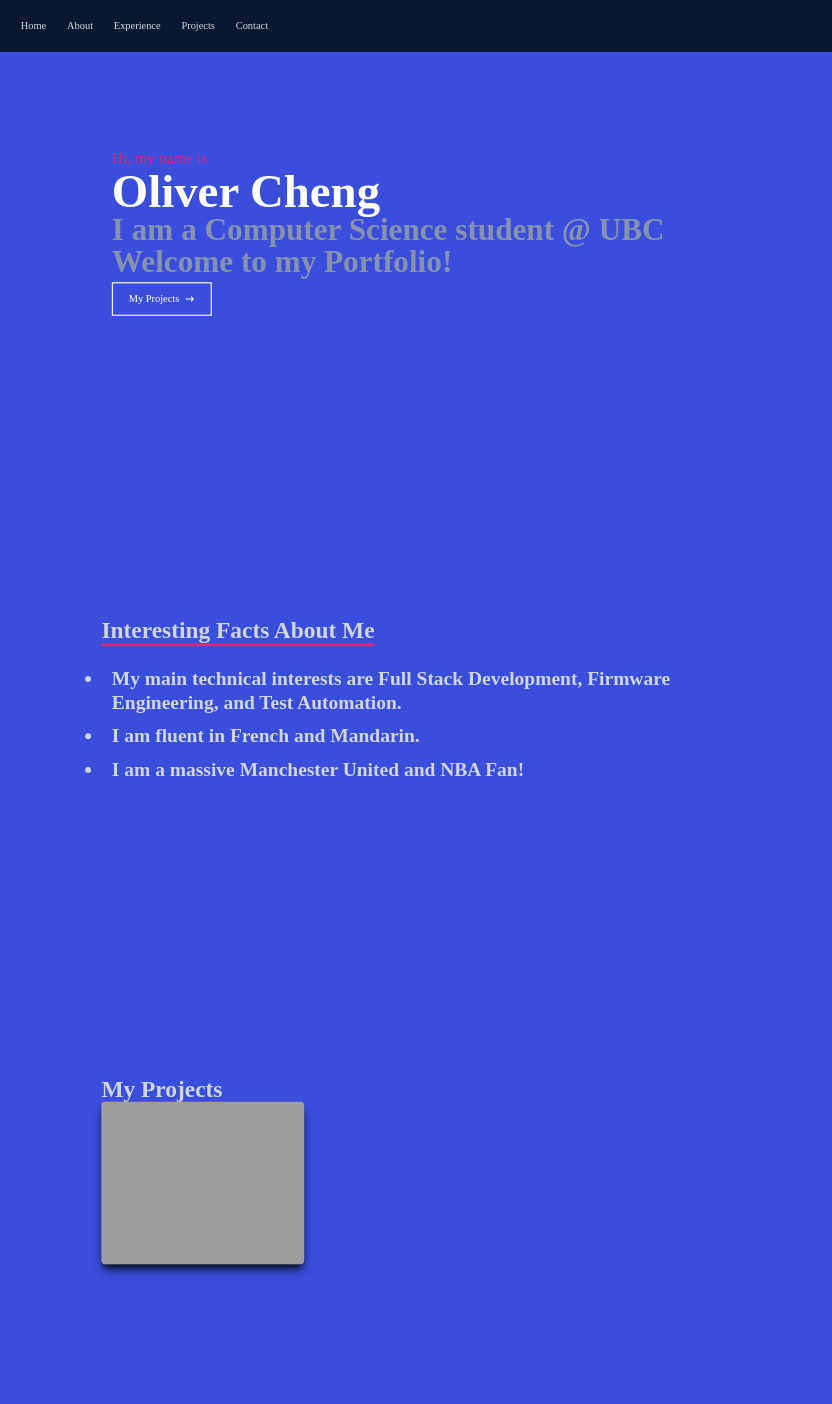
Repository: olichengus/Project-Portfolio
Page: /
An editor plug-in stored every save of this project. The page is shown before and after a run of saves, followed by the edit.
The browser window is 1280 px wide. The pictures show the whole page, at 65% of full size.
Pictures or frames that could not be fetched are drawn as grey boxes. The project was rebuilt for these pictures with package versions that can differ from the ones it lists, and the page was loaded fresh each time.

Above is the page before, as saved 2024-02-09 23:12:00.

### src/index.css
@tailwind base;
@tailwind components;
@tailwind utilities;

@import url('https://fonts.googleapis.com/css2?family=Roboto:wght@300;400;500;700&display=swap');

@layer base {
  body {
    @apply font-[Raleway];
  }
  li {
    @apply px-4;
    @apply cursor-pointer;
  }
}


.content-div{
  background-repeat: no-repeat;
  background-size: cover;
  background-position: center;
  height: 250px;
}

.content-div:hover{
  background-image: linear-gradient(
    to right,
    rgba(112,157,255,0.8),
    hsla(242,74%,61%,0.8)
  )!important;
  background-color: rgba(0, 0, 0, 0.5);
  transition: 0.5s;
}

### src/App.js
import Home from './components/Home';
import Navbar from './components/Navbar';
import About from './components/About';
import Work from './components/Work';

function App() {
  return (
    <div>
      <Navbar />
      <Home />
      <About />
      <Work />
    </div>
  );
}

export default App;

### src/components/Home.jsx
import React from 'react'
import {HiArrowNarrowRight} from 'react-icons/hi'

const Home = () => {
  return (
    <div className='w-full h-screen bg-[#3b4ddb]'>
      {/* Container */}
      <div className='max-w-[1000px] mx-auto px-8 flex flex-col justify-center h-full'>
        <p className='text-pink-600 text-2xl'>Hi, my name is</p>
        <h1 className='text-white text-7xl font-bold'>Oliver Cheng</h1>
        <h2 className='text-4xl sm:text-5xl font-bold text-[#8892b0]'> I am a Computer Science student @ UBC</h2>
        <h2 className='text-4xl sm:text-5xl font-bold text-[#8892b0]'> Welcome to my Portfolio!</h2>
        <div className='background-color'>
          <button className = 'text-white border-2 px-6 py-3 my-2 flex items-center hover:bg-pink-600 hover:border-pink-600'>
            My Projects
            <span className='group-hover:rotate-90 duration-300'>
              <HiArrowNarrowRight className='ml-2' />
            </span>
          </button>
        </div>
      </div>

    </div>
  )
}

export default Home

### src/components/navbar.js
import React, {useState} from 'react'
import {
    FaBars,
    FaTimes,
    FaGithub,
    FaLinkedin
  } from 'react-icons/fa';
import { HiOutlineMail } from 'react-icons/hi';
import BsFillPersonFill from 'react-icons/bs';

const Navbar = () => {
    const [nav, setNav] = useState(false)
    const handleClick = () => setNav(!nav)
  return (
    <div className='fixed w-full h-[80px] flex justify-between items-center px-4 bg-[#0a192f] text-gray-300'>
    {/* menu */}
        <div className='hidden md:flex'>
            <ul className='hidden md:flex'>
                <li>Home</li>
                <li>About</li>
                <li>Experience</li>
                <li>Projects</li>
                <li>Contact</li>


            </ul>
        </div>

        <div onClick={handleClick} className='md:hidden z-10'>
            {/* if false set it to bars else set it to x logo*/}
            {!nav ? <FaBars /> : <FaTimes />}
        </div>


        {/* Moble menu */}
        <ul className={!nav ? "hidden": 'absolute top-0 left-0 w-full h-screen bg-[#0a192f] flex flex-col justify center items-center'}>
                <li className='py-6 text-4xl'>Home</li>
                <li className='py-6 text-4xl'>About</li>
                <li className='py-6 text-4xl'>Experience</li>
                <li className='py-6 text-4xl'>Projects</li>
                <li className='py-6 text-4xl'>Contact</li>

        </ul>
        {/* Social Icons */}
        <div className='flex fixed flex-col top-[35%] left-0;'>
        </div>
    </div>


  )
}

export default Navbar

### src/components/About.jsx
import React from 'react';

const About = () => {
    return (
        <div name='about' className='w-full h-screen bg-[#3b4ddb] text-gray-300'>
            <div className='flex flex-col justify-center items-center w-full h-full'>
                <div className='max-w-[1000px] w-full px-4 justify-center items-center'>
                    <div className='text-left'>
                        <p className='text-4xl font-bold inline border-b-4 border-pink-600 hover:text-white'>Interesting Facts About Me</p>
                    </div>

                </div>
                <div className='mt-9 max-w-[1000px] w-full'>
                    <ul class="list-disc pl-4">
                        <li class="mb-2 text-3xl font-bold hover:text-white">My main technical interests are Full Stack Development, Firmware Engineering, and Test Automation.</li>
                        <li class="mt-4 mb-2 text-3xl font-bold hover:text-white">I am fluent in French and Mandarin.</li>
                        <li class="mt-4 mb-2 text-3xl font-bold hover:text-white">I am a massive Manchester United and NBA Fan!</li>
                    </ul>
                </div>
            </div>
        </div>
    )
}

export default About;

### src/components/Work.jsx
import React from 'react';
import Background from '../assets/background.jpeg';

const Work = () => {
    return (
        <div className='w-full md:h-screen text-gray-300 bg-[#3b4ddb]'>
            <div className='max-w-[1000px] mx-auto p-4 flex flex-col justify-center w-full h-full'>
                <div>
                    <p className='text-4xl font-bold inline border-b-4 text-gray-300 border-pink-600'>My Projects</p>
                </div>

            {/* Container */}

                <div className='grid sm:grid-cols-2 md:grid-cols-3 gap-4'>

            {/* Grid Item */}
                    <div style = {{backgroundImage: `url(${Background})`}}
                    className='shadow-lg shadow-[#040c16] group container rounded-md flex justify-center items-center mx-auto content-div'>

                        {/* Hover Effects */}
                        <div className='opacity-0 group-hover:opacity-100'>
                            <span className='text-2xl font-bold text-white tracking-wider'>
                                React JS Application
                            </span>
                            <div className='pt-8 text-center'>
                                <a href ="/">
                                    <button className='text-center rounded-lg px-4 py-3 m-2 bg-white text-gray-700 font-bold text-lg'>Demo</button>
                                </a>
                                <a href = "/">
                                    <button className='text-center rounded-lg px-4 py-3 m-2 bg-white text-gray-700 font-bold text-lg'>Code</button>
                                </a>
                            </div>
                        </div>
                    </div>

                </div>



            </div>
        </div>
    );
};

export default Work;

### tailwind.config.js
/** @type {import('tailwindcss').Config} */
module.exports = {
  content: ["./src/**/*.{html,jsx}"],
  theme: {
    extend: {},
  },
  plugins: [],
}

Loaded but not shown: public/index.html (common file); src/index.js (common file)

After the next 2 saves:
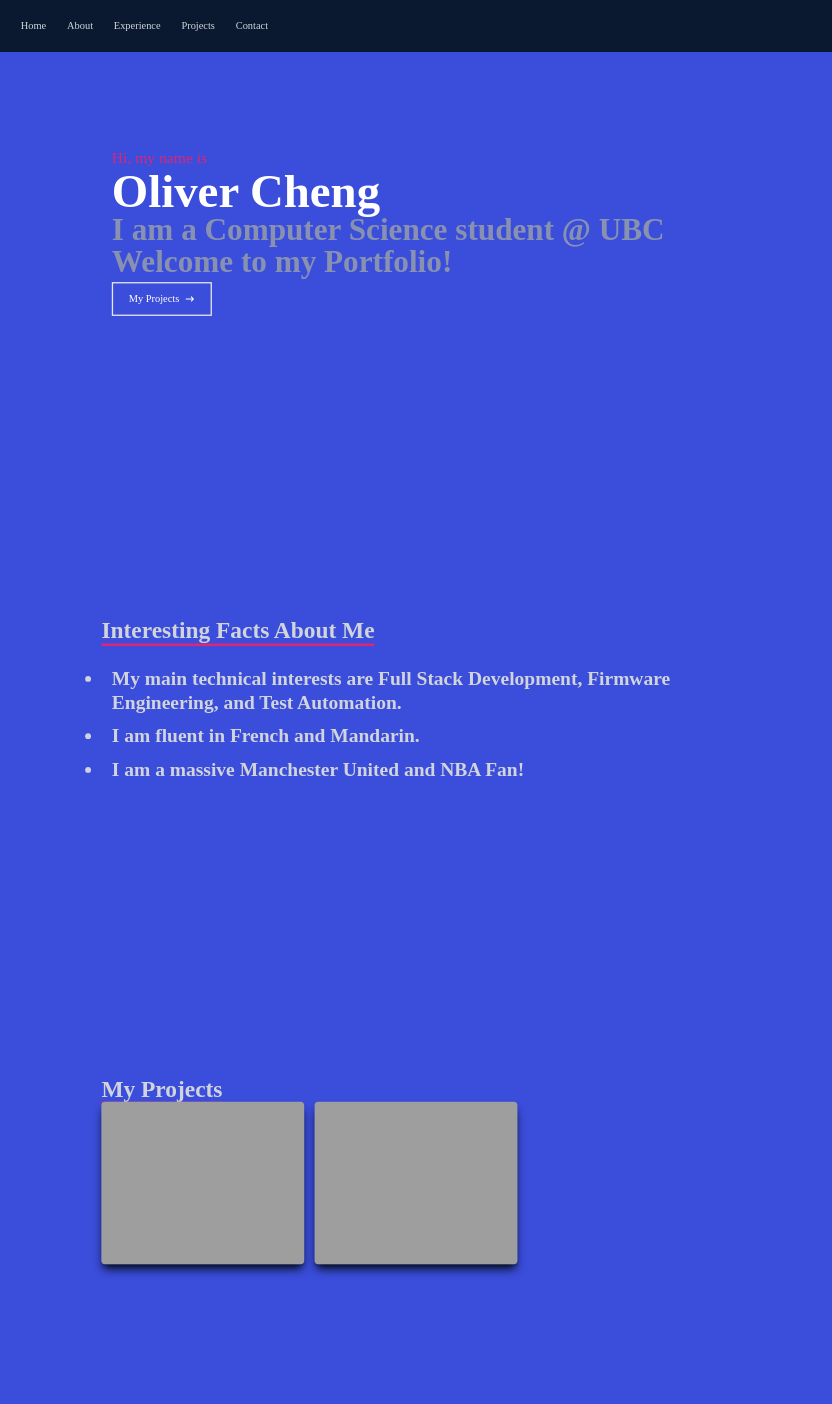
The 2 saves are shown as one change because they came seconds apart.
The last was saved 8 min 40 s later.
--- a/src/components/Work.jsx
+++ b/src/components/Work.jsx
@@ -33,6 +33,25 @@ const Work = () => {
                         </div>
                     </div>
 
+                    <div style = {{backgroundImage: `url(${Background})`}}
+                    className='shadow-lg shadow-[#040c16] group container rounded-md flex justify-center items-center mx-auto content-div'>
+
+                        {/* Hover Effects */}
+                        <div className='opacity-0 group-hover:opacity-100'>
+                            <span className='text-2xl font-bold text-white tracking-wider'>
+                                React JS Application
+                            </span>
+                            <div className='pt-8 text-center'>
+                                <a href ="/">
+                                    <button className='text-center rounded-lg px-4 py-3 m-2 bg-white text-gray-700 font-bold text-lg'>Demo</button>
+                                </a>
+                                <a href = "/">
+                                    <button className='text-center rounded-lg px-4 py-3 m-2 bg-white text-gray-700 font-bold text-lg'>Code</button>
+                                </a>
+                            </div>
+                        </div>
+                    </div>
+
                 </div>
 
 
